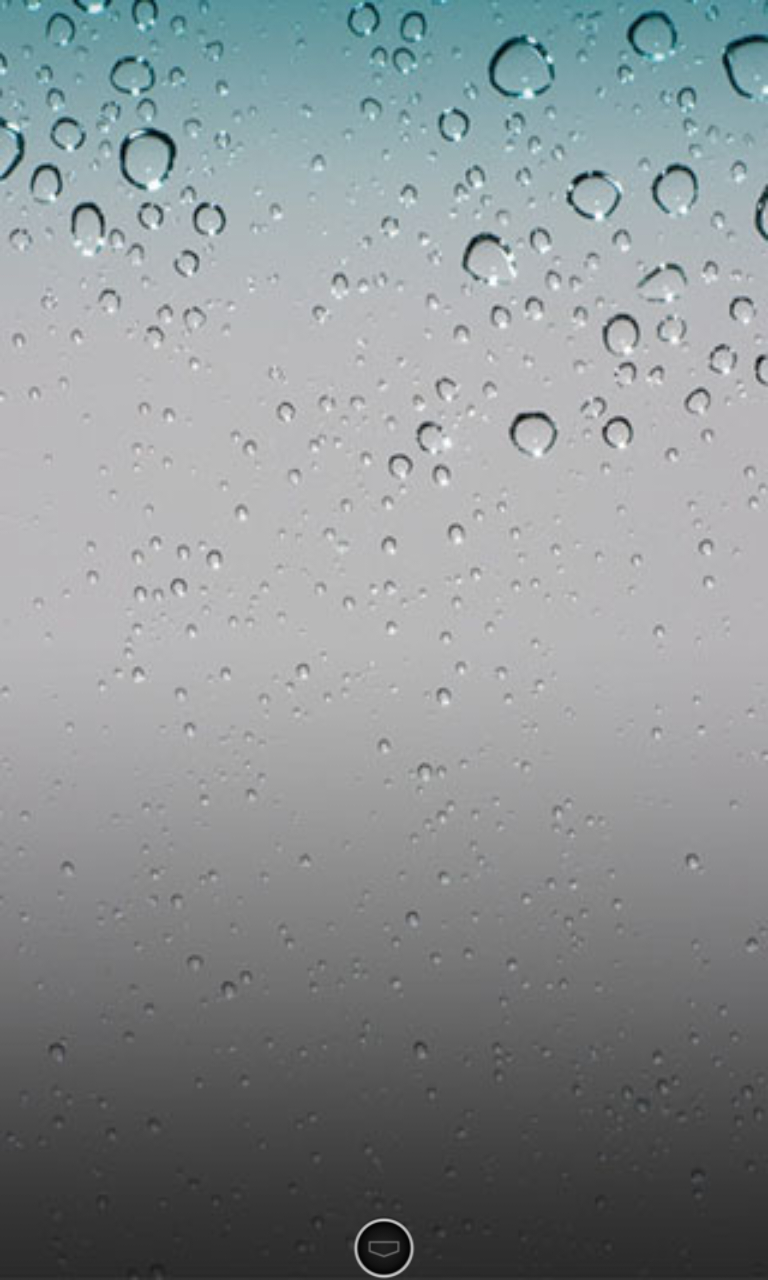
Repository: complexityclass/GosClient
Layout: Client/res/layout/activity_service.xml
An editor plug-in stored every save of this project. The layout is shown before and after the next save, followed by the edit.
It is drawn on a 768 x 1280 px phone screen (xhdpi) without system bars, with theme AppTheme; the app's code is not run. Lists and similar views that code fills are empty.

Above is the layout before, as saved 2013-04-21 12:30:09.

### Client/res/layout/activity_service.xml
<?xml version="1.0" encoding="utf-8"?>
<LinearLayout xmlns:android="http://schemas.android.com/apk/res/android"
    android:layout_width="fill_parent"
    android:layout_height="fill_parent"
    android:orientation="vertical" >

    <SlidingDrawer
        android:id="@+id/drawer"
        android:layout_width="fill_parent"
        android:layout_height="fill_parent"
        android:background="@drawable/kapli"
        android:content="@+id/content"
        android:handle="@+id/handle"
        android:rotation="0" >

        <LinearLayout
            android:id="@id/content"
            android:layout_width="fill_parent"
            android:layout_height="fill_parent"
            android:orientation="vertical"
            android:rotation="0" >

            <ExpandableListView
                android:id="@+id/exListView"
                android:layout_width="fill_parent"
                android:layout_height="wrap_content"
                android:background="@drawable/back"
                android:indicatorLeft="250dp"
                android:indicatorRight="300dp" />
        </LinearLayout>

        <LinearLayout
            android:id="@id/handle"
            android:layout_width="match_parent"
            android:layout_height="wrap_content"
            android:orientation="vertical"
            android:rotation="0" >

            <ImageView
                android:id="@+id/imageView23"
                android:layout_width="match_parent"
                android:layout_height="fill_parent"
                android:contentDescription="@string/Habarovsk"
                android:src="@drawable/upbutton" />
        </LinearLayout>
    </SlidingDrawer>

</LinearLayout>

### Client/res/values/strings.xml
<?xml version="1.0" encoding="utf-8"?>
<resources>

    <string name="app_name">Client</string>
    <string name="hello_world">Hello world!</string>
    <string name="menu_settings">Settings</string>
    <string name="title_activity_main">MainActivity</string>
    <string name="title_activity_about_us">About us</string>
    <string name="title_activity_news">News</string>
    <string name="title_activity_citizen_reg">Citizens</string>
    <string name="title_activity_agencies">Agencies</string>
    <string name="title_activity_areas_of">Areas</string>
    <string name="agencies_ru">Ведомства</string>
    <string name="about_project_ru">О проекте</string>
    <string name="areas_of_ru">Направления деятельности</string>
    <string name="news_ru">Новости</string>
    <string name="organizations_ru">Организациям</string>
    <string name="electronic_services_ru">Электронные услуги</string>
    <string name="life_situations_ru">Жизненные ситуации</string>
    <string name="information_ru">Информация</string>
    <string name="visitor_statistics_ru">Статистика посещений</string>
    <string name="search_news_ru">Поиск по новостям</string>
    <string name="citizens_ru">Гражданам</string>
    <string name="spots_treatment_ru">Места обращения</string>
    <string name="useful_links_ru">Полезные ссылки</string>
    <string name="universal_card_ru">Развитие универсальной электронной карты</string>
    <string name="faq_ru">Часто задаваемые вопросы</string>
    <string name="title_activity_test">TestActivity</string>
    <string name="title_activity_web_view">WebViewActivity</string>
    <string name="title_section3">Section 3</string>
    <string name="title_section2">Section 2</string>
    <string name="title_section1">Section 1</string>
    <string name="title_activity_swipe">SwipeActivity</string>
    <string name="title_activity_life_situations">LifeSituationsActivity</string>
    <string name="action_settings">Settings</string>
    <string name="label1">Tab 1</string>
    <string name="label2">Tab 2</string>
    <string name="label3">Tab 3</string>
    <string name="federational">Федеральные</string>
    <string name="munitipal">Муниципальные</string>
    <string name="regional">Региональные</string>
    <string name="title_activity_expandable_list_view_test">ExpandableListViewTest</string>
    <string name="title_activity_expandable_list">ExpandableListActivity</string>
    <string name="Habarovsk_Servise">Хабаровск Услуги</string>
    <string name="Habarovsk">Habarovsk</string>
    <string name="title_activity_service">ServiceActivity</string>
    <string name="title_activity_news_archive">NewsArchiveActivity</string>

</resources>

Loaded but not shown: Client/res/values-v11/styles.xml (common file); Client/res/values-v14/styles.xml (common file); Client/res/values/styles.xml (common file)

After the next save:
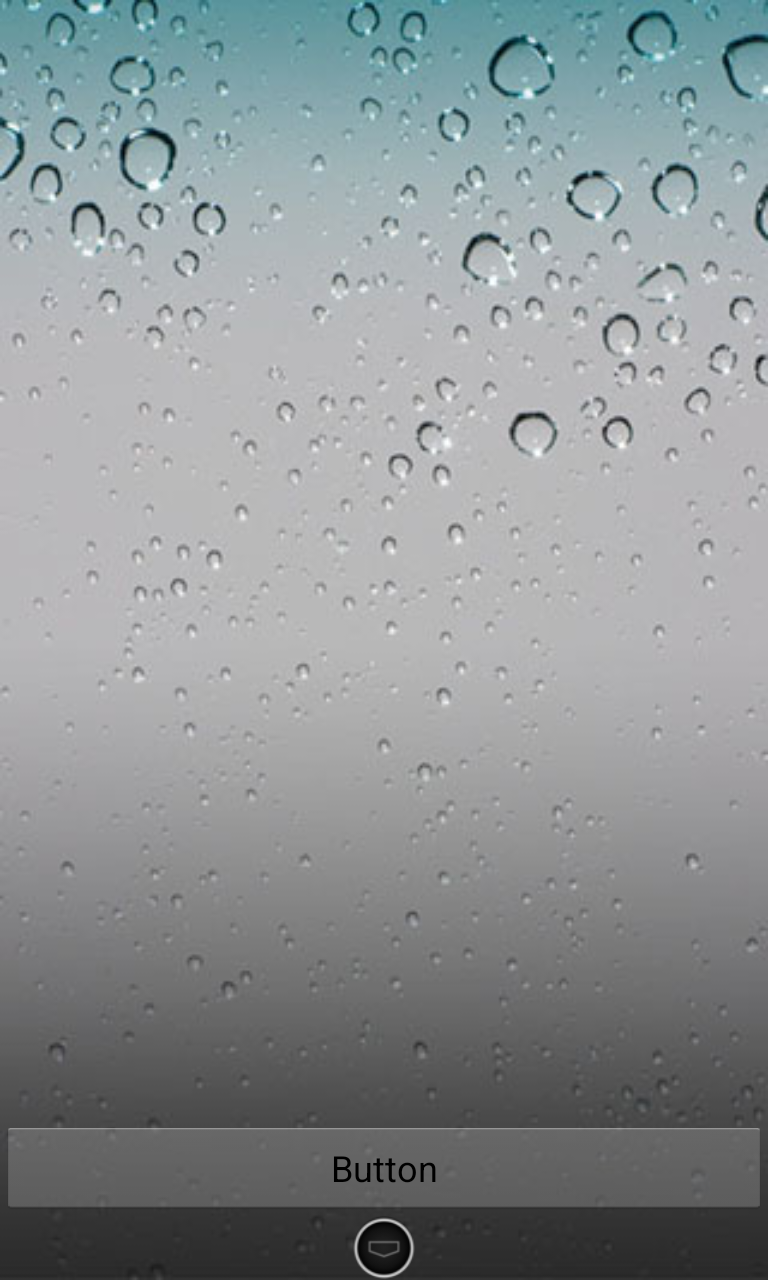
Saved 47 h 16 min later.
--- a/Client/res/layout/activity_service.xml
+++ b/Client/res/layout/activity_service.xml
@@ -36,12 +36,19 @@
             android:orientation="vertical"
             android:rotation="0" >
 
+            <Button
+                android:id="@+id/button1"
+                android:layout_width="match_parent"
+                android:layout_height="wrap_content"
+                android:text="Button" />
+
             <ImageView
                 android:id="@+id/imageView23"
                 android:layout_width="match_parent"
                 android:layout_height="fill_parent"
                 android:contentDescription="@string/Habarovsk"
                 android:src="@drawable/upbutton" />
+
         </LinearLayout>
     </SlidingDrawer>
 
